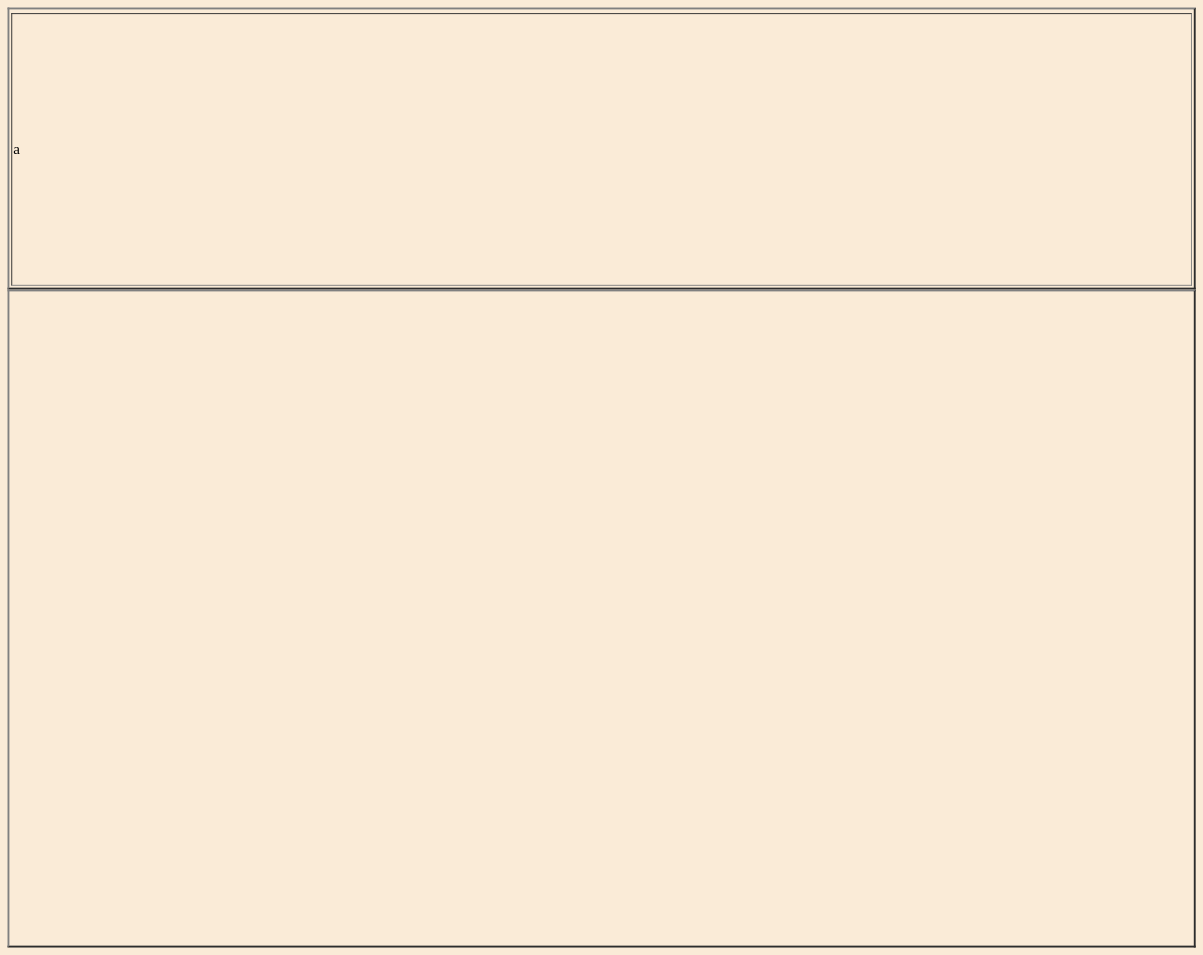
Repository: DAXMZB/Project
Page: http://localhost/SP2/
An editor plug-in stored every save of this project. The page is shown before and after the next save, followed by the edit.
The browser window is 1280 px wide. The pictures show the whole page, at 94% of full size.
The page is served by Tomcat 9.

Above is the page before, as saved 2026-02-04 11:54:33.

After the next save:
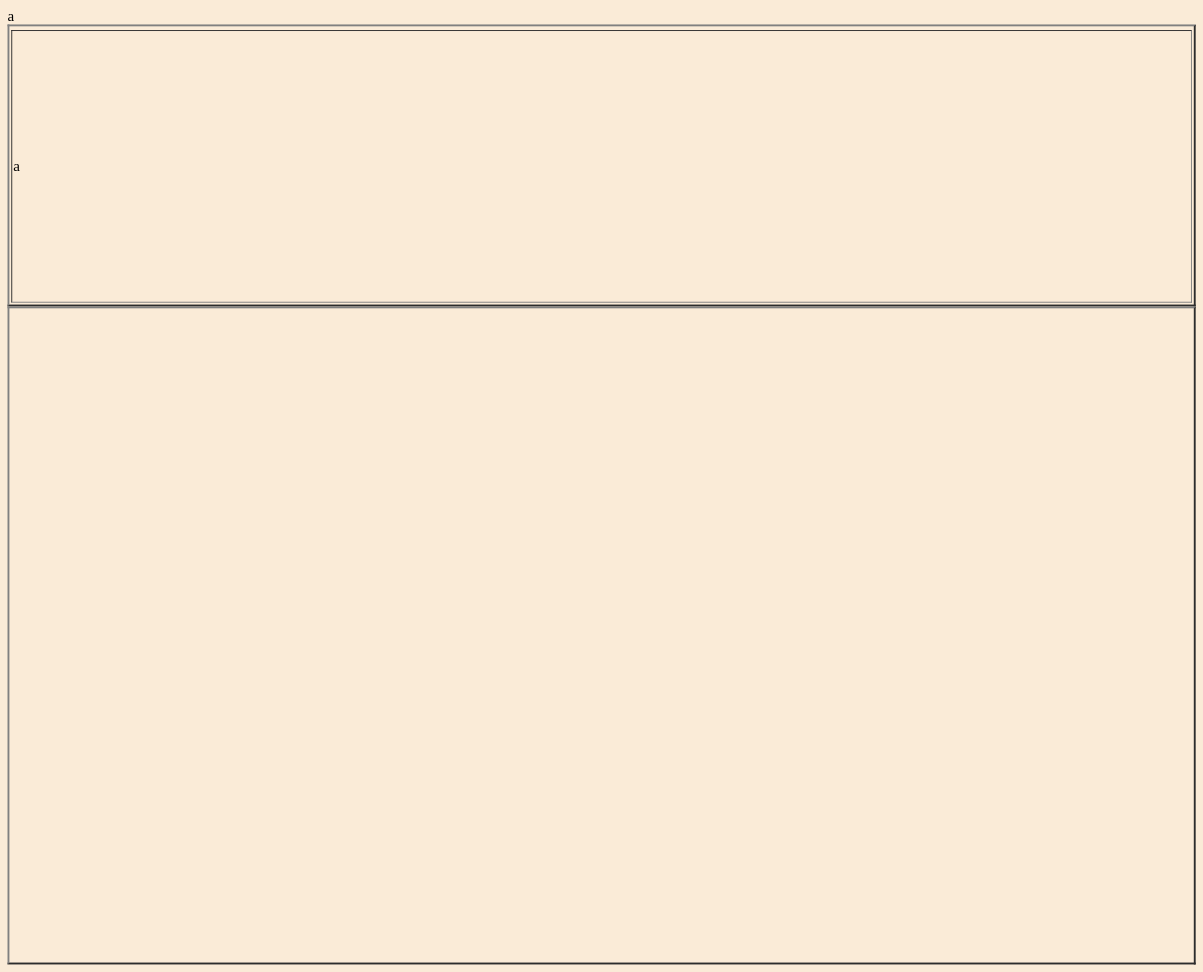
Saved 11 s later.
--- a/SP2/src/main/webapp/index.jsp
+++ b/SP2/src/main/webapp/index.jsp
@@ -9,7 +9,7 @@
 </head>
 <body bgcolor="#faebd7">
 	<table width="100%" border="2" align="center" height=300>
-		<tr bgcolor=black></tr>
+		<tr bgcolor=black>a</tr>
 		<tr><td>a</td></tr>
 	</table>
 	<table width="100%" border="2" height=700>
